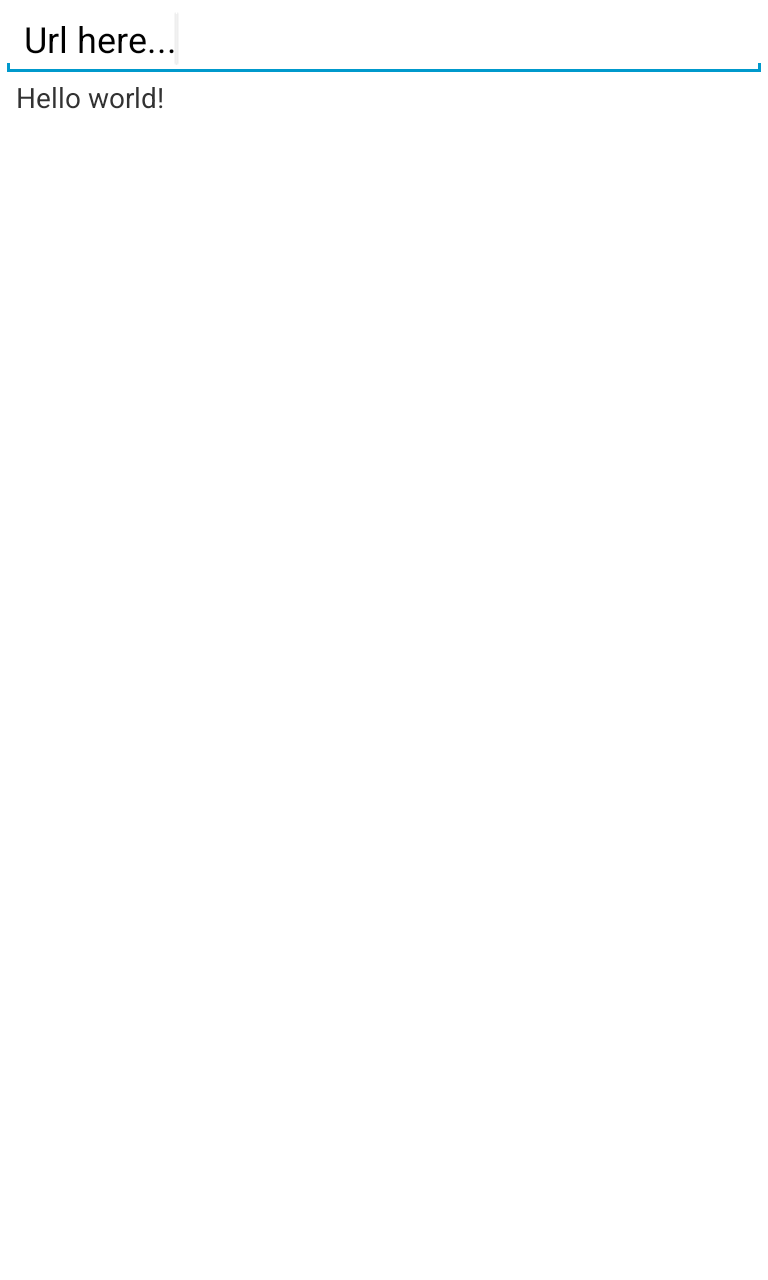
Repository: mpgopala/android-examples
Layout: HttpClientExample/res/layout/activity_main.xml
An editor plug-in stored every save of this project. The layout is shown before and after the next save, followed by the edit.
It is drawn on a 768 x 1280 px phone screen (xhdpi) without system bars, with theme AppTheme; the app's code is not run.

Above is the layout before, as saved 2012-08-15 14:52:38.

After the next save:
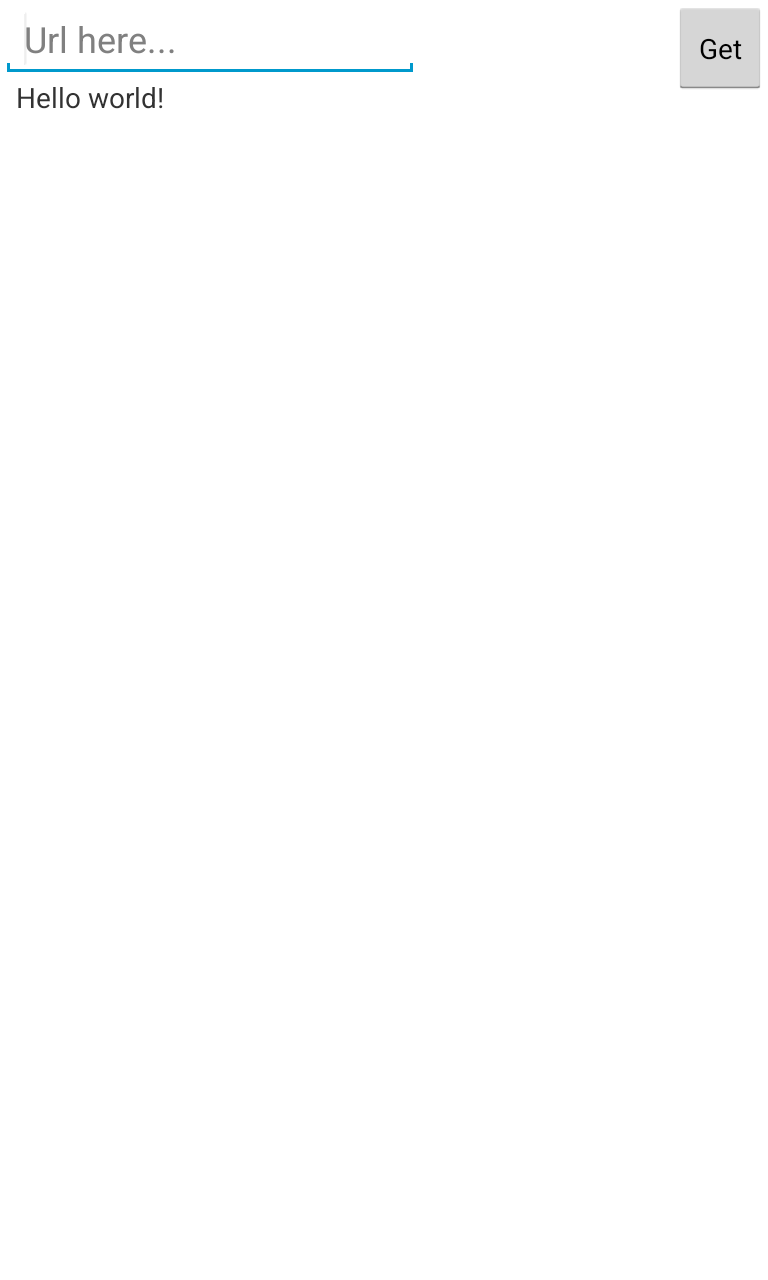
Saved 6 min 59 s later.
--- a/HttpClientExample/res/layout/activity_main.xml
+++ b/HttpClientExample/res/layout/activity_main.xml
@@ -21,13 +21,21 @@
         android:layout_width="wrap_content"
         android:layout_height="wrap_content"
         android:layout_alignParentLeft="true"
-        android:layout_alignParentRight="true"
         android:layout_alignParentTop="true"
         android:ems="10"
-        android:inputType="textUri"
-        android:text="@string/url_here" >
+        android:hint="@string/url_here"
+        android:inputType="textUri" >
 
         <requestFocus />
     </EditText>
 
+    <Button
+        android:id="@+id/buttonGet"
+        style="?android:attr/buttonStyleSmall"
+        android:layout_width="wrap_content"
+        android:layout_height="wrap_content"
+        android:layout_alignParentRight="true"
+        android:layout_alignParentTop="true"
+        android:text="Get" />
+
 </RelativeLayout>
